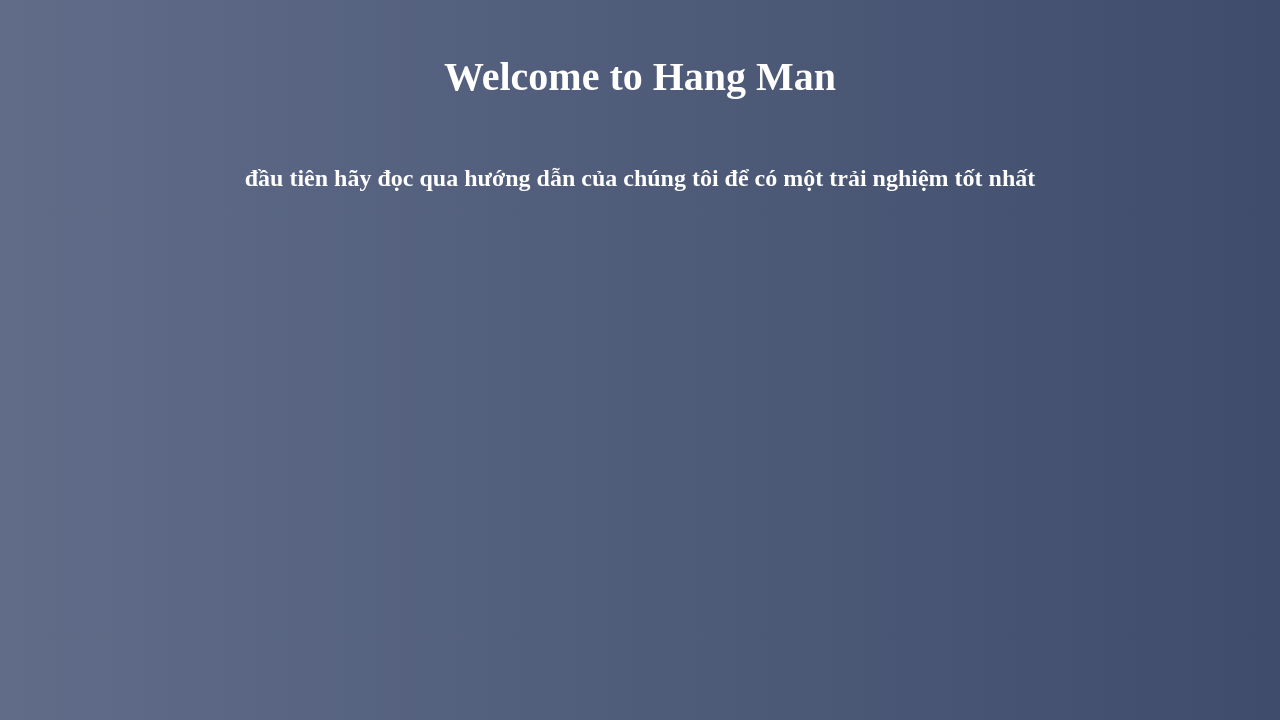
Repository: Darkingfired/Game
Page: hangman.html
These files come from the project's save history. The page is drawn as it stood at one moment and after the next save; the edit follows.
The browser window is 1280 px wide. The pictures show the whole page.

Above is the page before, as saved 2022-09-13 15:57:27.

After the next save:
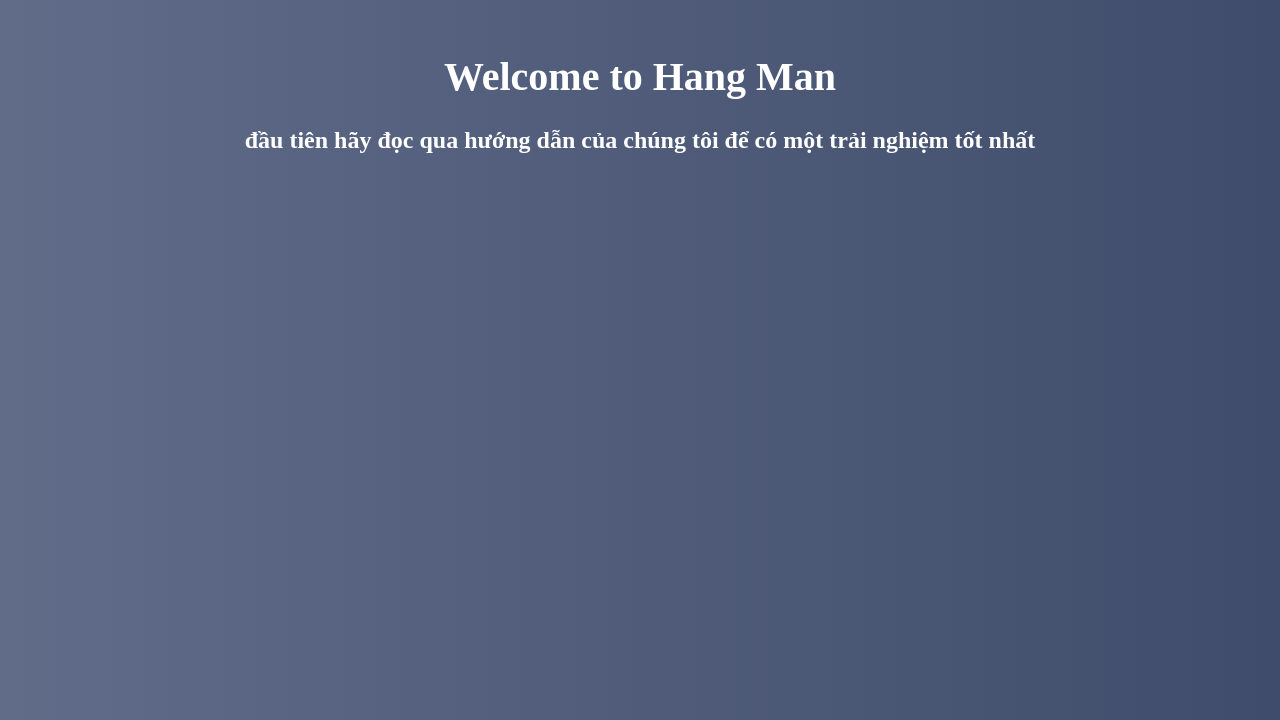
Saved 6 s later.
--- a/hangman.html
+++ b/hangman.html
@@ -9,7 +9,7 @@
     <script defer src="game.js"></script>
 </head>
 <Br>
-    <h1>Welcome to Hang Man</h1><Br/>
+    <h1>Welcome to Hang Man</h1>
     <h2>đầu tiên hãy đọc qua hướng dẫn của chúng tôi để có một trải nghiệm tốt nhất</h2>
 </body>
 </html>
